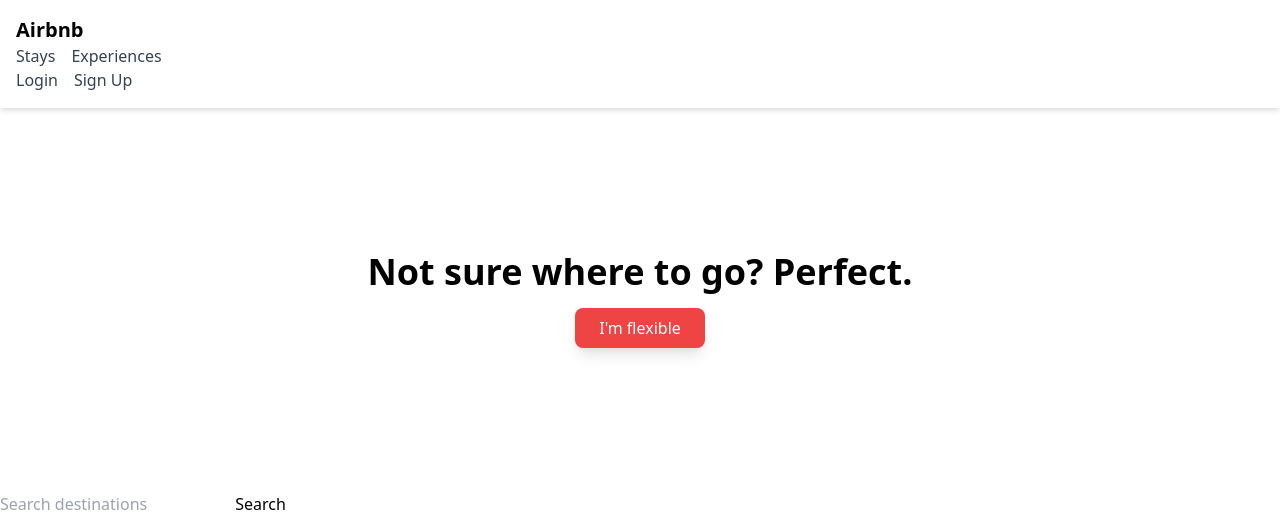
Repository: rmdayberry/Airbnb-Clone
Page: index.html
These files come from the project's save history. The page is drawn as it stood at one moment and after the next save; the edit follows.
The browser window is 1280 px wide. The pictures show the part of the page from y = 0 to 520 px (the page is 960 px tall before and 1024 px after).
A picture or video elsewhere on the page could not be fetched, so the positions and the page height are approximate.

Above is the page before, as saved 2024-08-13 15:13:12.

### index.html
<!DOCTYPE html>
<html lang="en">
  <head>
    <meta charset="UTF-8" />
    <meta name="viewport" content="width=device-width, initial-scale=1.0" />
    <title>Airbnb Clone</title>
    <link
      href="https://cdn.jsdelivr.net/npm/tailwindcss@2.2.19/dist/tailwind.min.css"
      rel="stylesheet"
    />
  </head>
  <body class="font-sans">
    <!-- Navbar -->
    <nav class="lex justify-between items-center p-4 shadow-md bg-white">
      <div class="text-xl font-bold">Airbnb</div>
      <ul class="flex space-x-4">
        <li><a href="#" class="text-gray-700 hover:underline">Stays</a></li>
        <li>
          <a href="#" class="text-gray-700 hover:underline">Experiences</a>
        </li>
      </ul>
      <div class="flex space-x-4">
        <a href="#" class="text-gray-700 hover:underline">Login</a>
        <a href="#" class="text-gray-700 hover:underline">Sign Up</a>
      </div>
    </nav>

    <!-- Hero Section -->

    <header class="bg-cover bg-center h-96">
      <div class="flex flex-col justify-center items-center h-full">
        <h1 class="text-4xl font-bold mb-4">Not sure where to go? Perfect.</h1>
        <button class="bg-red-500 text-white py-2 px-6 rounded-lg shadow-lg">
          I'm flexible
        </button>
      </div>
    </header>

    <!-- Search Bar -->
    <section class="search-bar">
      <input type="text" placeholder="Search destinations" />
      <button>Search</button>
    </section>

    <!-- Featured Listings -->
    <section class="listings">
      <h2>Featured Destinations</h2>
      <div class="listing">
        <img src="image1.jpeg" alt="Destination 1" />
        <h3>Destination 1</h3>
      </div>
    </section>

    <!-- Footer -->
    <footer>
      <div class="footer-content">
        <p>© 2024 Airbnb, Inc.</p>
        <ul class="footer-links">
          <li><a href="#">Privacy</a></li>
          <li><a href="#">Terms</a></li>
          <li><a href="#">Sitemap</a></li>
        </ul>
      </div>
    </footer>
  </body>
</html>

After the next save:
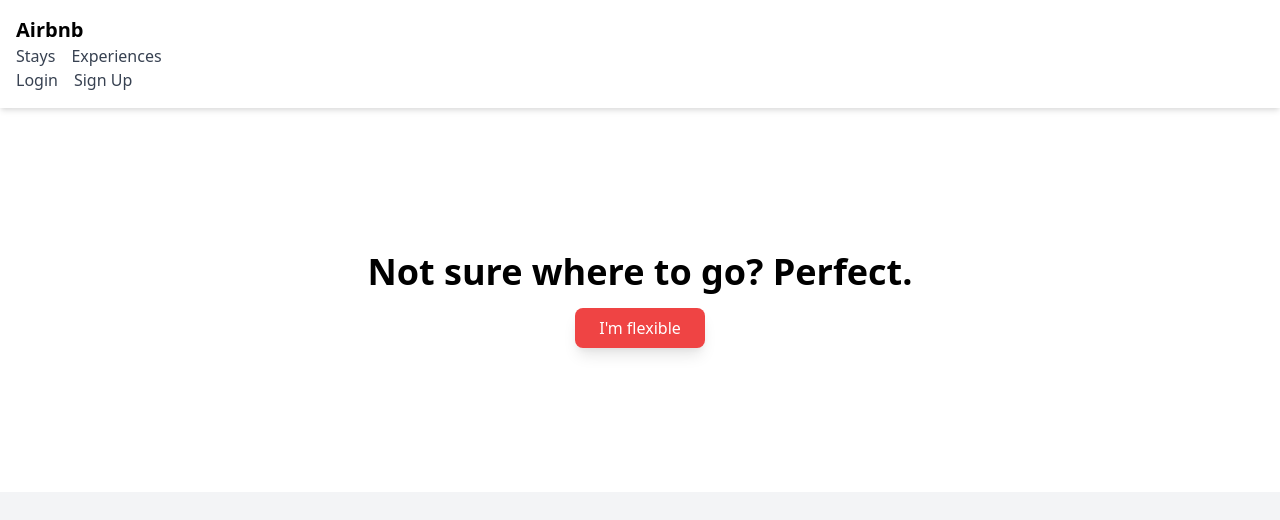
Saved 46 s later.
--- a/index.html
+++ b/index.html
@@ -37,7 +37,7 @@
     </header>
 
     <!-- Search Bar -->
-    <section class="search-bar">
+    <section class="flex justify-center py-8 bg-gray-100">
       <input type="text" placeholder="Search destinations" />
       <button>Search</button>
     </section>
